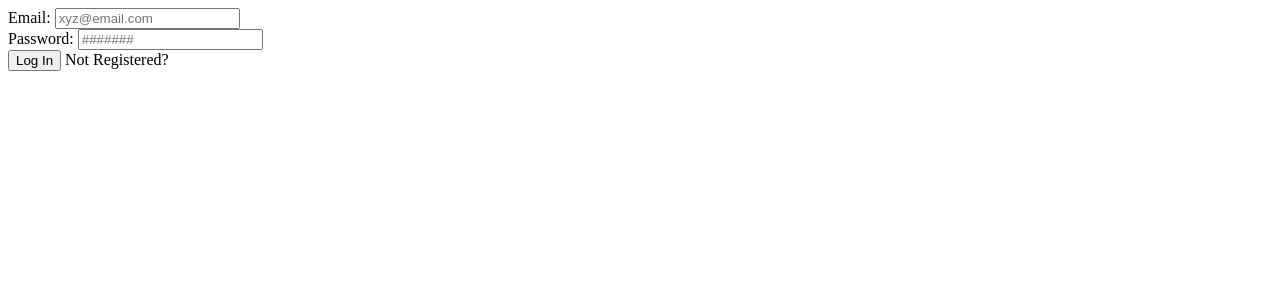
Repository: smokiesam/OnlineVotingSystem
Page: servletvoting/src/main/webapp/index.html
The author's editor kept a copy of each file at every save. The page is drawn from the files as they stood at one save, then again after the next save.
The browser window is 1280 px wide. The pictures show the whole page.

Above is the page before, as saved 2024-12-03 10:43:46.

### servletvoting/src/main/webapp/index.html
<!DOCTYPE html>
<html>
<head>
<meta charset="ISO-8859-1">
<title>LOGIN</title>
</head>
<body>
	<form method="post" action="login">
		<label>Email:</label>
		<input type="text" name="email" placeholder="xyz@email.com" ><br>
		<label>Password:</label>
		<input type="password" name="passwd" placeholder="#######" ><br/>
		<input type="submit" value="Log In" >
		Not Registered?<a href="newuser.html>Sign Up</a>
	</form>
</body>
</html>

After the next save:
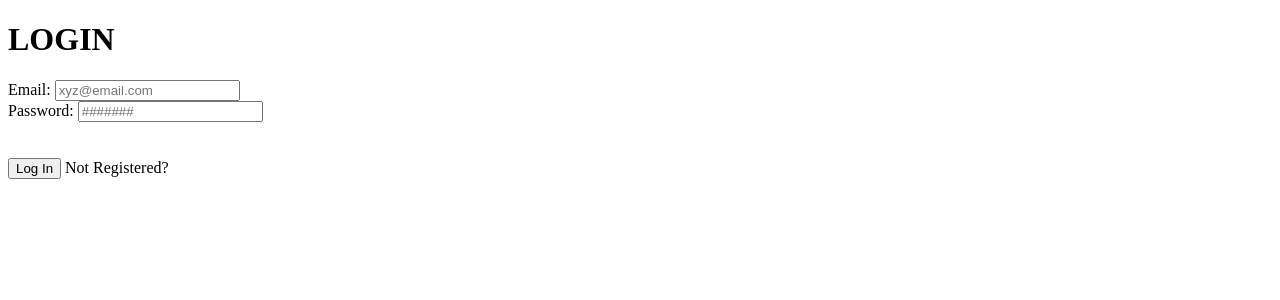
Saved 2 min 50 s later.
--- a/servletvoting/src/main/webapp/index.html
+++ b/servletvoting/src/main/webapp/index.html
@@ -5,11 +5,13 @@
 <title>LOGIN</title>
 </head>
 <body>
+	<h1 text-align:"centre">LOGIN</h1>
 	<form method="post" action="login">
 		<label>Email:</label>
 		<input type="text" name="email" placeholder="xyz@email.com" ><br>
 		<label>Password:</label>
 		<input type="password" name="passwd" placeholder="#######" ><br/>
+		<br><br>
 		<input type="submit" value="Log In" >
 		Not Registered?<a href="newuser.html>Sign Up</a>
 	</form>
